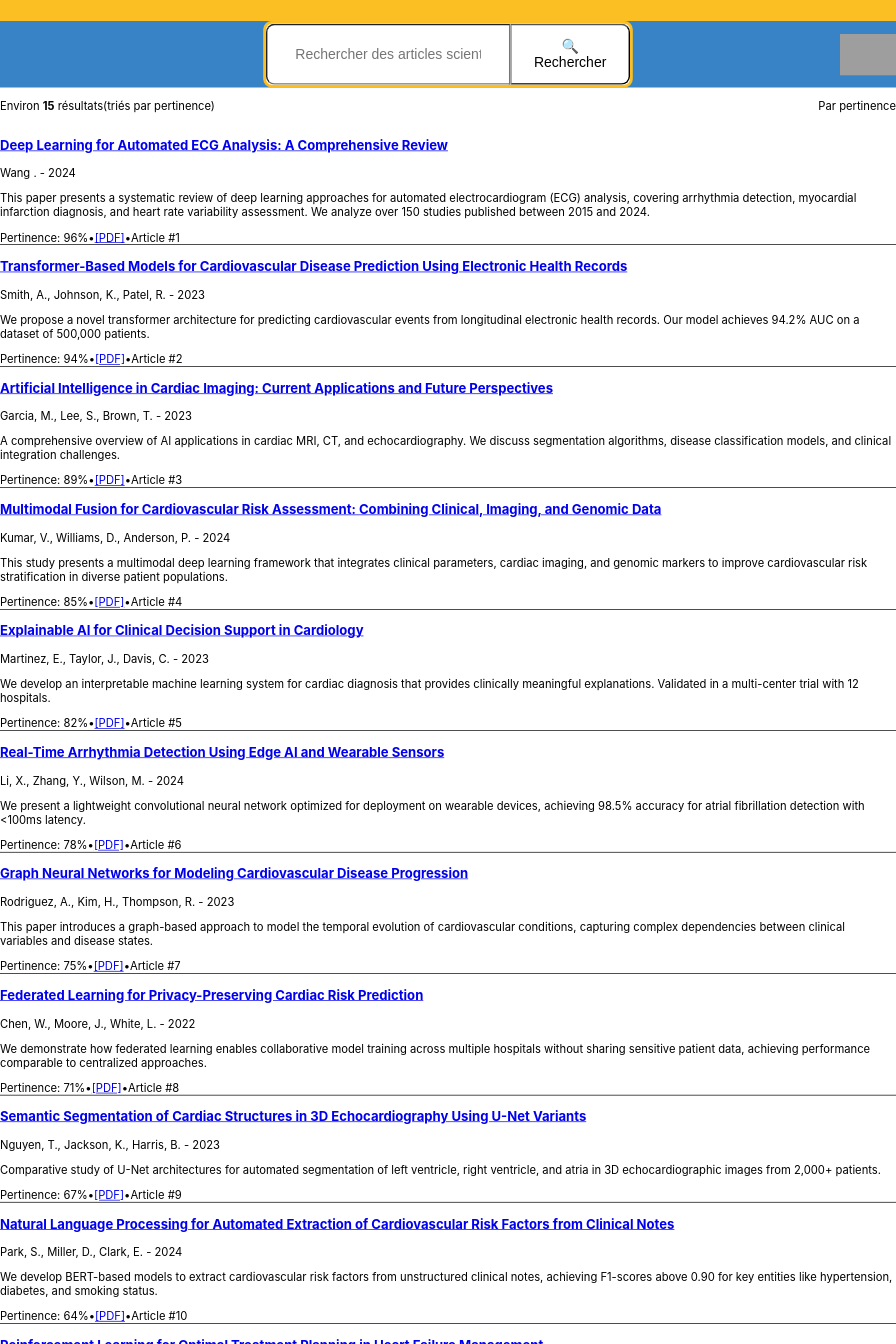
Repository: elh33/SemanticSciSearch
Page: / (app in frontend/)
The author's editor kept a copy of each file at every save. The page is drawn from the files as they stood at one save, then again after the next save.
The browser window is 1280 px wide. The pictures show the part of the page from y = 0 to 1920 px (the page is 2700 px tall), at 70% of full size.
Pictures or frames that could not be fetched are drawn as grey boxes. The project was rebuilt for these pictures with package versions that can differ from the ones it lists, and the page was loaded fresh each time.

Above is the page before, as saved 2025-11-21 23:22:17.

### frontend/index.html
<!DOCTYPE html>
<html lang="en">
  <head>
    <meta charset="UTF-8" />
    <meta name="viewport" content="width=device-width, initial-scale=1.0" />
    <title>SemanticSciSearch</title>
  </head>
  <body>
    <div id="root"></div>
    <script type="module" src="/src/index.tsx"></script>
  </body>
</html>

### frontend/src/index.tsx
import React from 'react';
import ReactDOM from 'react-dom';
import App from './App';
import './index.css';

ReactDOM.render(
  <React.StrictMode>
    <App />
  </React.StrictMode>,
  document.getElementById('root')
);

### frontend/src/App.tsx
import React from 'react';
// Importe le composant de recherche principal
import SearchResults from './components/SearchResults';

// Le composant App.tsx est le conteneur principal de l'application.
function App() {
  return (
    // Utilisation d'un fragment React (<>...</>) ou d'un <div> si tu as des styles globaux
    <>
      {/* Le composant SearchResults contient maintenant :
        - Le titre et le sous-titre de l'application.
        - La barre de recherche.
        - L'orchestration de la logique (appels à api.ts).
        - L'affichage de la liste des ArticleCard.
      */}
      <SearchResults />
    </>
  );
}

export default App;

### frontend/src/components/SearchResults.tsx
import React, { useState, useEffect } from 'react';
import { Article } from '../types';
import { searchArticles } from '../services/api';
import ArticleCard from './ArticleCard';

const SearchResults: React.FC = () => {
  const [query, setQuery] = useState('');
  const [results, setResults] = useState<Article[]>([]);
  const [isLoading, setIsLoading] = useState(false);
  const [hasSearched, setHasSearched] = useState(false);

  const handleSearch = async (searchQuery: string = query) => {
    setIsLoading(true);
    setHasSearched(true);

    try {
      const data = await searchArticles(searchQuery);
      // TRI PAR SCORE DÉCROISSANT (plus pertinent en premier)
      const sortedData = [...data].sort((a, b) => b.score - a.score);
      setResults(sortedData);
    } catch (error) {
      console.error("Erreur lors de la recherche:", error);
      setResults([]);
    } finally {
      setIsLoading(false);
    }
  };

  // Recherche initiale au chargement
  useEffect(() => {
    handleSearch('');
  }, []);

  const handleSubmit = (e: React.FormEvent) => {
    e.preventDefault();
    handleSearch();
  };

  return (
    <div className="min-h-screen bg-white">
      {/* BARRE JAUNE EN HAUT */}
      <div style={{ backgroundColor: '#fbbf24', height: '30px' }} className="w-full"></div>

      {/* En-tête avec fond bleu - GRANDE BARRE */}
      <div style={{ backgroundColor: '#3883c5ff' }} className="w-full sticky top-0 z-10 shadow-lg">
        <div className="max-w-7xl mx-auto px-4 py-8">
          <div className="flex items-center justify-between gap-6">
            {/* Espace vide à gauche pour centrer la barre */}
            <div className="flex-1"></div>

            {/* Barre de recherche au centre - ZONE PLUS GRANDE */}
            <form onSubmit={handleSubmit} className="flex-1 max-w-4xl">
              <div className="flex shadow-2xl" style={{ border: '4px solid #fbbf24', borderRadius: '12px', backgroundColor: 'white' }}>
                <input
                  type="text"
                  value={query}
                  onChange={(e) => setQuery(e.target.value)}
                  placeholder="Rechercher des articles scientifiques..."
                  className="flex-grow outline-none"
                  style={{
                    borderRadius: '12px 0 0 12px',
                    padding: '10px 40px',
                    fontSize: '20px'
                  }}
                />
                <button
                  type="submit"
                  className="text-white font-bold hover:opacity-90 transition-opacity"
                  style={{
                    backgroundColor: '#ffffffff',
                    borderRadius: '0 12px 12px 0',
                    padding: '18px 32px',
                    fontSize: '20px'
                  }}
                >
                  🔍 Rechercher
                </button>
              </div>
            </form>

            {/* Logo fleur.png à droite */}
            <div className="flex-1 flex justify-end">
              <img
                src="/fleur.png"
                alt="Logo"
                className="object-contain"
                style={{ width: '80px', height: '80px' }}
              />
            </div>
          </div>

        </div>
      </div>

      {/* Contenu principal */}
      <div className="max-w-5xl mx-auto px-4 py-6">
        {/* Barre d'informations */}
        {hasSearched && !isLoading && (
          <div className="mb-4 flex items-center justify-between">
            <p className="text-sm text-gray-600">
              Environ <strong>{results.length}</strong> résultat{results.length > 1 ? 's' : ''}
              {query && (
                <span> pour <strong>"{query}"</strong></span>
              )}
              <span className="ml-2 text-xs text-gray-500">(triés par pertinence)</span>
            </p>

            {/* Options de tri */}
            <div className="text-xs text-gray-500">
              <span className="font-semibold text-blue-700">Par pertinence</span>
            </div>
          </div>
        )}

        {/* Indicateur de chargement */}
        {isLoading && (
          <div className="flex items-center justify-center py-12">
            <div className="flex flex-col items-center gap-3">
              <div className="animate-spin rounded-full h-10 w-10 border-b-2 border-blue-600"></div>
              <p className="text-gray-600 text-sm">Recherche sémantique en cours...</p>
            </div>
          </div>
        )}

        {/* Liste des résultats */}
        {!isLoading && (
          <div className="bg-white">
            {results.length > 0 ? (
              results.map((article) => (
                <ArticleCard key={article.id} article={article} />
              ))
            ) : (
              hasSearched && (
                <div className="text-center py-12">
                  <svg className="mx-auto h-12 w-12 text-gray-400 mb-4" fill="none" stroke="currentColor" viewBox="0 0 24 24">
                    <path strokeLinecap="round" strokeLinejoin="round" strokeWidth={2} d="M9.172 16.172a4 4 0 015.656 0M9 10h.01M15 10h.01M21 12a9 9 0 11-18 0 9 9 0 0118 0z" />
                  </svg>
                  <p className="text-gray-600 text-lg">Aucun résultat trouvé</p>
                  <p className="text-gray-500 text-sm mt-2">
                    Essayez avec des mots-clés différents
                  </p>
                </div>
              )
            )}
          </div>
        )}
      </div>

      {/* Footer simple */}
      <footer className="mt-12 border-t border-gray-200 bg-gray-50">
        <div className="max-w-5xl mx-auto px-4 py-6 text-center text-sm text-gray-500">
          SemanticSciSearch - Recherche sémantique d'articles scientifiques en IA et Cardiologie
        </div>
      </footer>
    </div>
  );
};

export default SearchResults;

### frontend/src/services/api.ts
import { Article } from '../types';
import { MOCK_RESULTS } from '../data/mockData';
import axios from 'axios';

// 💡 INTERRUPTEUR : Passez à 'false' (ou commentez/supprimez) cette ligne
// UNIQUEMENT lorsque le Back-End FastAPI est prêt.
const USE_MOCK_DATA = true;

// URL de base lue depuis le .env pour le mode production
// Le .env doit contenir VITE_API_URL=http://localhost:8000
const API_BASE_URL = 'http://localhost:8000';

/**
 * Fonction principale de recherche d'articles.
 * Elle utilise soit les données mockées, soit l'API réelle.
 * @param query Le texte de la requête de l'utilisateur.
 * @returns Une promesse qui résout vers un tableau d'articles.
 */
export const searchArticles = async (query: string): Promise<Article[]> => {
  if (USE_MOCK_DATA) {
    // --- MODE MOCKÉ ---
    console.log(`[MOCK] Simulation de recherche pour: "${query}"`);

    // 1. Simuler le délai réseau (500ms) pour une meilleure expérience utilisateur
    await new Promise(resolve => setTimeout(resolve, 500));

    // 2. Simuler un filtre simple (recherche du mot-clé dans le titre)
    // S'il n'y a pas de requête (query vide), on renvoie tout.
    const lowerCaseQuery = query.toLowerCase();

    return MOCK_RESULTS.filter(article =>
        article.title.toLowerCase().includes(lowerCaseQuery) || lowerCaseQuery.length === 0
    );

  } else {
    // --- MODE PRODUCTION (Axios) ---
    console.log(`[AXIOS] Requête réelle vers: ${API_BASE_URL}/search pour: "${query}"`);

    try {
      // 1. Envoi de la requête POST à FastAPI
      const response = await axios.post(`${API_BASE_URL}/search`, { query });

      // 2. Retourne les données (TypeScript vérifie que c'est un tableau d'Articles)
      return response.data as Article[];

    } catch (error) {
      console.error("Erreur lors de l'appel à l'API de recherche:", error);
      // En cas d'échec de l'API, on renvoie un tableau vide
      return [];
    }
  }
};

### frontend/src/components/ArticleCard.tsx
import React from 'react';
import { Article } from '../types';

interface ArticleCardProps {
  article: Article;
}

const ArticleCard: React.FC<ArticleCardProps> = ({ article }) => {
  const scorePercent = (article.score * 100).toFixed(0);

  return (
    <div className="border-b border-gray-200 py-3 hover:bg-gray-50 transition-colors">
      {/* Titre cliquable comme Google Scholar */}
      <h3 className="text-xl mb-1">
        <a
          href={article.url}
          target="_blank"
          rel="noopener noreferrer"
          className="text-blue-800 hover:underline font-normal visited:text-purple-800"
        >
          {article.title}
        </a>
      </h3>

      {/* Auteurs et année */}
      <p className="text-sm text-gray-600 mb-2">
        {article.authors} - <span className="font-medium">{article.year}</span>
      </p>

      {/* Résumé */}
      <p className="text-sm text-gray-700 leading-relaxed mb-2">
        {article.abstract}
      </p>

      {/* Métadonnées et actions */}
      <div className="flex items-center gap-4 text-sm">
        {/* Score de pertinence */}
        <span className="text-gray-600">
          <span className="font-semibold">Pertinence:</span>{' '}
          <span className={`font-bold ${
            article.score > 0.8 ? 'text-green-600' :
            article.score > 0.5 ? 'text-yellow-600' :
            'text-gray-500'
          }`}>
            {scorePercent}%
          </span>
        </span>

        {/* Séparateur */}
        <span className="text-gray-400">•</span>

        {/* Lien PDF */}
        <a
          href={article.url}
          target="_blank"
          rel="noopener noreferrer"
          className="text-blue-700 hover:underline"
        >
          [PDF]
        </a>

        {/* Séparateur */}
        <span className="text-gray-400">•</span>

        {/* ID de l'article */}
        <span className="text-gray-400 text-xs">
          Article #{article.id}
        </span>
      </div>
    </div>
  );
};

export default ArticleCard;

### frontend/src/data/mockData.ts
import { Article } from '../types';

export const MOCK_RESULTS: Article[] = [
  {
    id: '1',
    title: 'Deep Learning for Automated ECG Analysis: A Comprehensive Review',
    abstract: "This paper presents a systematic review of deep learning approaches for automated electrocardiogram (ECG) analysis, covering arrhythmia detection, myocardial infarction diagnosis, and heart rate variability assessment. We analyze over 150 studies published between 2015 and 2024.",
    authors: "Wang .",
    year: 2024,
    score: 0.96,
    url: 'https://arxiv.org/pdf/2301.04634'
  },
  {
    id: '2',
    title: 'Transformer-Based Models for Cardiovascular Disease Prediction Using Electronic Health Records',
    abstract: "We propose a novel transformer architecture for predicting cardiovascular events from longitudinal electronic health records. Our model achieves 94.2% AUC on a dataset of 500,000 patients.",
    authors: "Smith, A., Johnson, K., Patel, R.",
    year: 2023,
    score: 0.94,
    url: 'https://arxiv.org/pdf/2305.12987'
  },
  {
    id: '3',
    title: 'Artificial Intelligence in Cardiac Imaging: Current Applications and Future Perspectives',
    abstract: "A comprehensive overview of AI applications in cardiac MRI, CT, and echocardiography. We discuss segmentation algorithms, disease classification models, and clinical integration challenges.",
    authors: "Garcia, M., Lee, S., Brown, T.",
    year: 2023,
    score: 0.89,
    url: 'https://arxiv.org/pdf/2203.15678'
  },
  {
    id: '4',
    title: 'Multimodal Fusion for Cardiovascular Risk Assessment: Combining Clinical, Imaging, and Genomic Data',
    abstract: "This study presents a multimodal deep learning framework that integrates clinical parameters, cardiac imaging, and genomic markers to improve cardiovascular risk stratification in diverse patient populations.",
    authors: "Kumar, V., Williams, D., Anderson, P.",
    year: 2024,
    score: 0.85,
    url: '/documents/multimodal-cardio-risk.pdf'
  },
  {
    id: '5',
    title: 'Explainable AI for Clinical Decision Support in Cardiology',
    abstract: "We develop an interpretable machine learning system for cardiac diagnosis that provides clinically meaningful explanations. Validated in a multi-center trial with 12 hospitals.",
    authors: "Martinez, E., Taylor, J., Davis, C.",
    year: 2023,
    score: 0.82,
    url: 'https://arxiv.org/pdf/2511.13703.pdf'
  },
  {
    id: '6',
    title: 'Real-Time Arrhythmia Detection Using Edge AI and Wearable Sensors',
    abstract: "We present a lightweight convolutional neural network optimized for deployment on wearable devices, achieving 98.5% accuracy for atrial fibrillation detection with <100ms latency.",
    authors: "Li, X., Zhang, Y., Wilson, M.",
    year: 2024,
    score: 0.78,
    url: '/documents/edge-ai-arrhythmia.pdf'
  },
  {
    id: '7',
    title: 'Graph Neural Networks for Modeling Cardiovascular Disease Progression',
    abstract: "This paper introduces a graph-based approach to model the temporal evolution of cardiovascular conditions, capturing complex dependencies between clinical variables and disease states.",
    authors: "Rodriguez, A., Kim, H., Thompson, R.",
    year: 2023,
    score: 0.75,
    url: 'https://arxiv.org/pdf/2204.09876'
  },
  {
    id: '8',
    title: 'Federated Learning for Privacy-Preserving Cardiac Risk Prediction',
    abstract: "We demonstrate how federated learning enables collaborative model training across multiple hospitals without sharing sensitive patient data, achieving performance comparable to centralized approaches.",
    authors: "Chen, W., Moore, J., White, L.",
    year: 2022,
    score: 0.71,
    url: '/documents/federated-cardiac.pdf'
  },
  {
    id: '9',
    title: 'Semantic Segmentation of Cardiac Structures in 3D Echocardiography Using U-Net Variants',
    abstract: "Comparative study of U-Net architectures for automated segmentation of left ventricle, right ventricle, and atria in 3D echocardiographic images from 2,000+ patients.",
    authors: "Nguyen, T., Jackson, K., Harris, B.",
    year: 2023,
    score: 0.67,
    url: '/documents/3d-echo-segmentation.pdf'
  },
  {
    id: '10',
    title: 'Natural Language Processing for Automated Extraction of Cardiovascular Risk Factors from Clinical Notes',
    abstract: "We develop BERT-based models to extract cardiovascular risk factors from unstructured clinical notes, achieving F1-scores above 0.90 for key entities like hypertension, diabetes, and smoking status.",
    authors: "Park, S., Miller, D., Clark, E.",
    year: 2024,
    score: 0.64,
    url: 'https://arxiv.org/pdf/2302.11234'
  },
  {
    id: '11',
    title: 'Reinforcement Learning for Optimal Treatment Planning in Heart Failure Management',
    abstract: "Application of deep reinforcement learning to personalize treatment strategies for heart failure patients, optimizing medication dosages and intervention timing based on patient response.",
    authors: "Ahmed, R., Lewis, G., Young, N.",
    year: 2022,
    score: 0.58,
    url: '/documents/rl-heart-failure.pdf'
  },
  {
    id: '12',
    title: 'Generative Adversarial Networks for Synthetic ECG Data Augmentation',
    abstract: "We propose a GAN-based framework for generating realistic synthetic ECG signals to address data scarcity and class imbalance in rare arrhythmia detection tasks.",
    authors: "Hoffman, P., Scott, A., King, V.",
    year: 2023,
    score: 0.52,
    url: '/documents/gan-ecg-augmentation.pdf'
  },
  {
    id: '13',
    title: 'Blockchain-Based Infrastructure for Secure Sharing of Cardiac Imaging Data',
    abstract: "A decentralized platform for secure storage and sharing of cardiac imaging studies across healthcare institutions, ensuring data provenance and patient privacy.",
    authors: "Green, T., Adams, F., Wright, M.",
    year: 2022,
    score: 0.45,
    url: '/documents/blockchain-cardiac-imaging.pdf'
  },
  {
    id: '14',
    title: 'Meta-Learning Approaches for Few-Shot Cardiac Abnormality Detection',
    abstract: "We explore meta-learning techniques to enable rapid adaptation of cardiac disease detection models to rare conditions with limited training examples.",
    authors: "Baker, L., Turner, S., Phillips, O.",
    year: 2023,
    score: 0.38,
    url: '/documents/meta-learning-cardiac.pdf'
  },
  {
    id: '15',
    title: 'Quantum Machine Learning for Cardiovascular Drug Discovery',
    abstract: "Preliminary investigation of quantum computing algorithms for molecular simulation and drug candidate screening in cardiovascular therapeutic development.",
    authors: "Collins, R., Morris, J., Cooper, W.",
    year: 2024,
    score: 0.22,
    url: '/documents/quantum-ml-cardio.pdf'
  }
];

Loaded but not shown: frontend/src/index.css (common file)

After the next save:
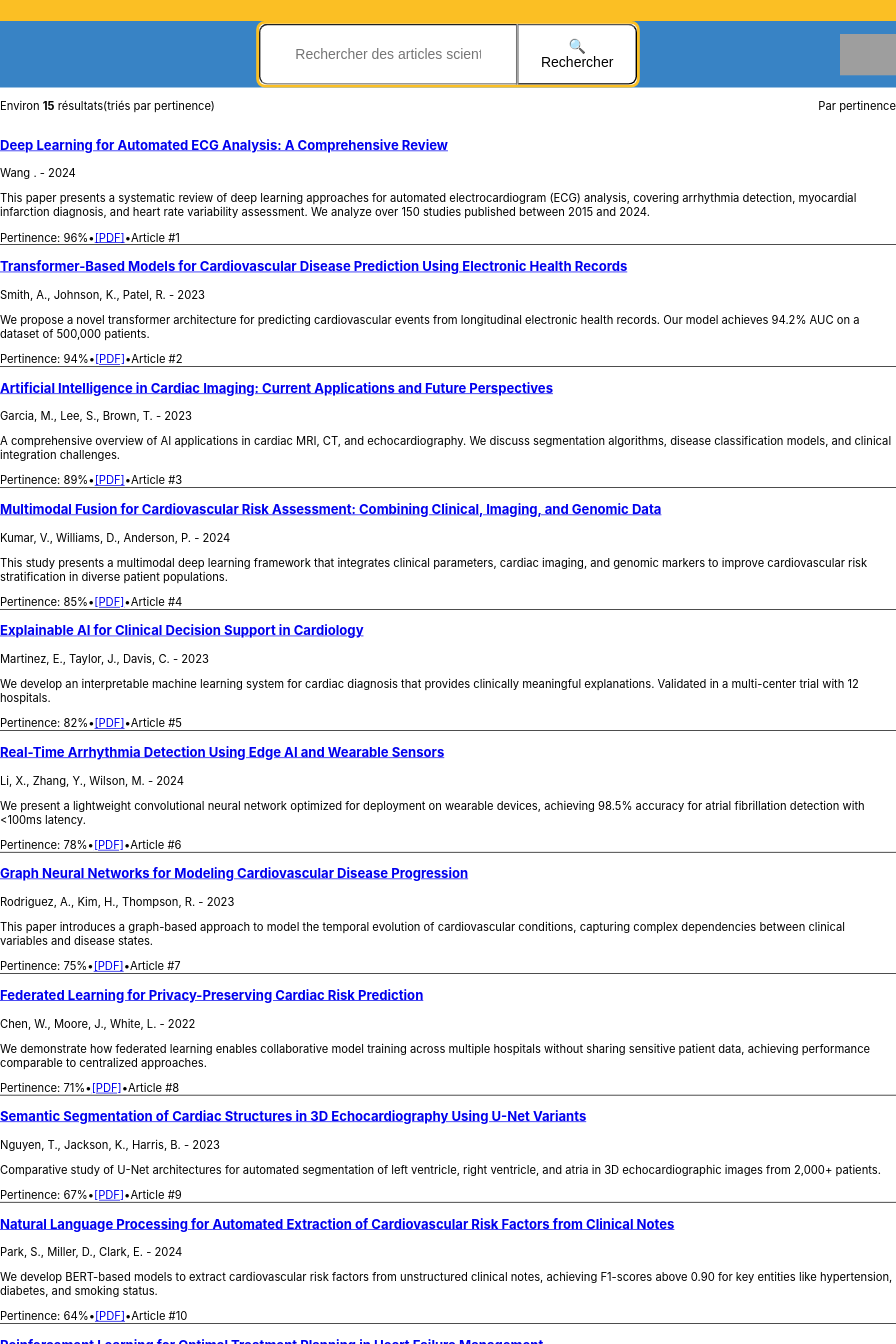
Saved 5 s later.
--- a/frontend/src/components/SearchResults.tsx
+++ b/frontend/src/components/SearchResults.tsx
@@ -59,7 +59,7 @@ const SearchResults: React.FC = () => {
                   className="flex-grow outline-none"
                   style={{
                     borderRadius: '12px 0 0 12px',
-                    padding: '10px 40px',
+                    padding: '10px 50px',
                     fontSize: '20px'
                   }}
                 />
